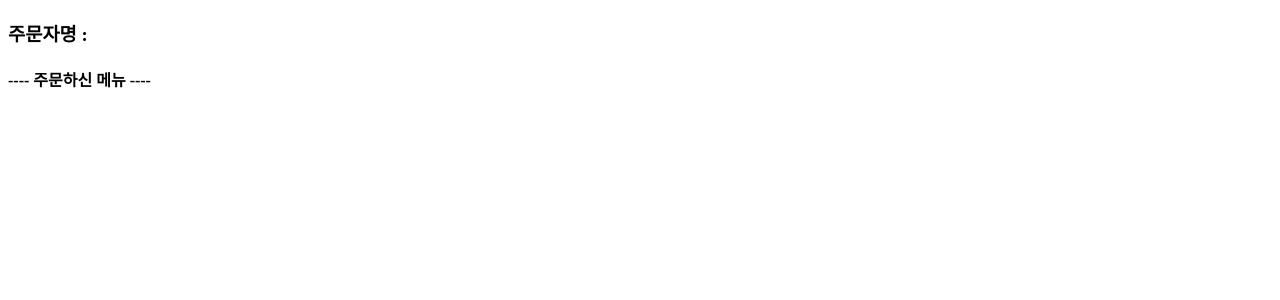
Repository: saeeeem2/2023JSTL
Page: http://localhost/jstl_study/step-6.jsp
The author's editor kept a copy of each file at every save. The page is drawn from the files as they stood at one save, then again after the next save.
The browser window is 1280 px wide. The pictures show the whole page.
The page is served by Tomcat 9.

Above is the page before, as saved 2023-11-23 00:47:40.

After the next save:
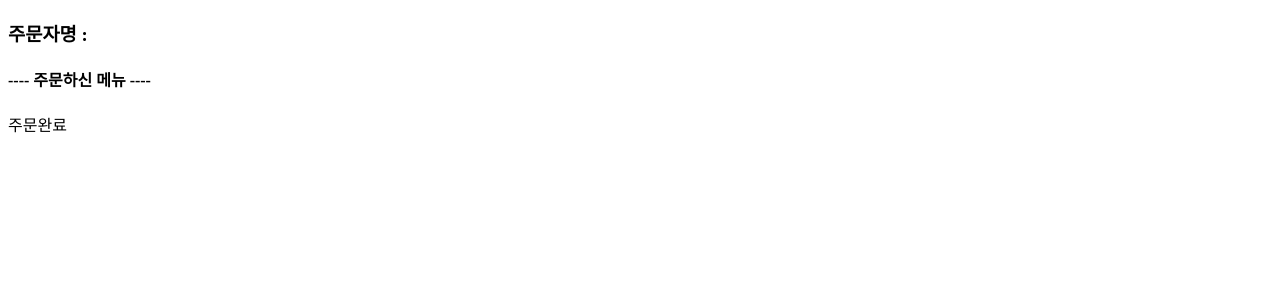
Saved 46 s later.
--- a/jstl_study/src/main/webapp/step-6.jsp
+++ b/jstl_study/src/main/webapp/step-6.jsp
@@ -13,6 +13,7 @@
 	<c:forEach items="${paramValues.menu }" var="menus" varStatus="st">
 		메뉴 ${st.count } : ${menus }<br>
 	</c:forEach>
+	주문완료<br>
 
 </body>
 </html>
